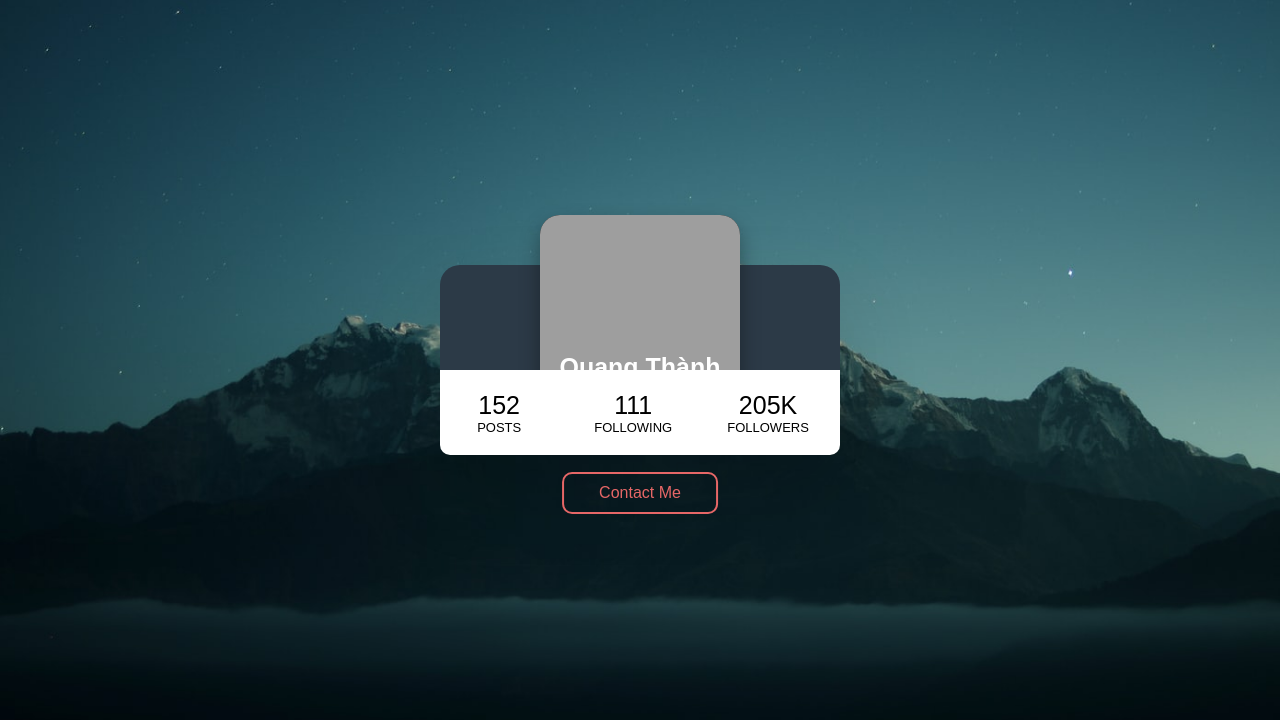
Repository: QuangThanh152/Profile-me
Page: index.html
These files come from the project's save history. The page is drawn as it stood at one moment and after the next save; the edit follows.
The browser window is 1280 px wide. The pictures show the whole page.
Pictures or frames that could not be fetched are drawn as grey boxes.

Above is the page before, as saved 2022-10-07 16:20:49.

After the next save:
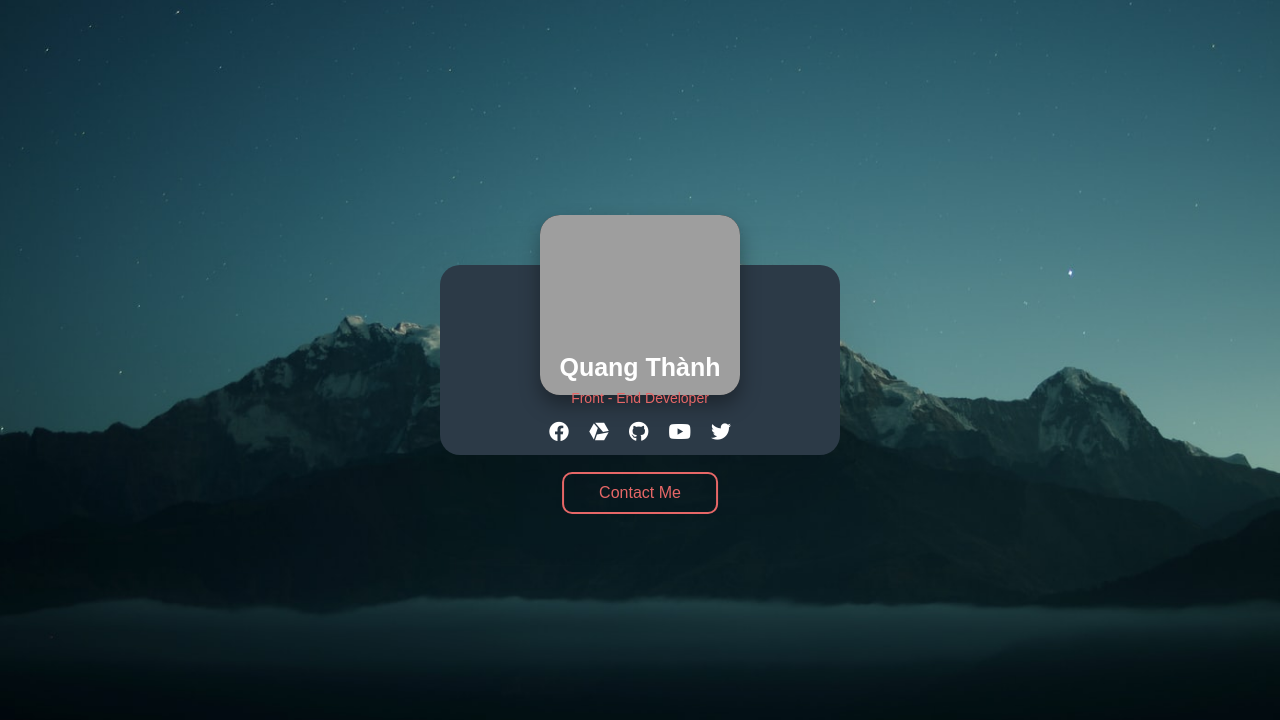
Saved 4 min 54 s later.
--- a/accets/main.css
+++ b/accets/main.css
@@ -102,7 +102,6 @@ body {
 }
 .card-footer{
     position: absolute;
-    display: flex;
     justify-content: center;
     align-items: center;
     bottom: 0;
@@ -111,6 +110,10 @@ body {
     height: 85px;
     border-bottom-left-radius: 10px;
     border-bottom-right-radius: 10px;
+    display: none;
+}
+.card:hover .card-footer {
+    display: flex;
 }
 .number{
     display: flex;
